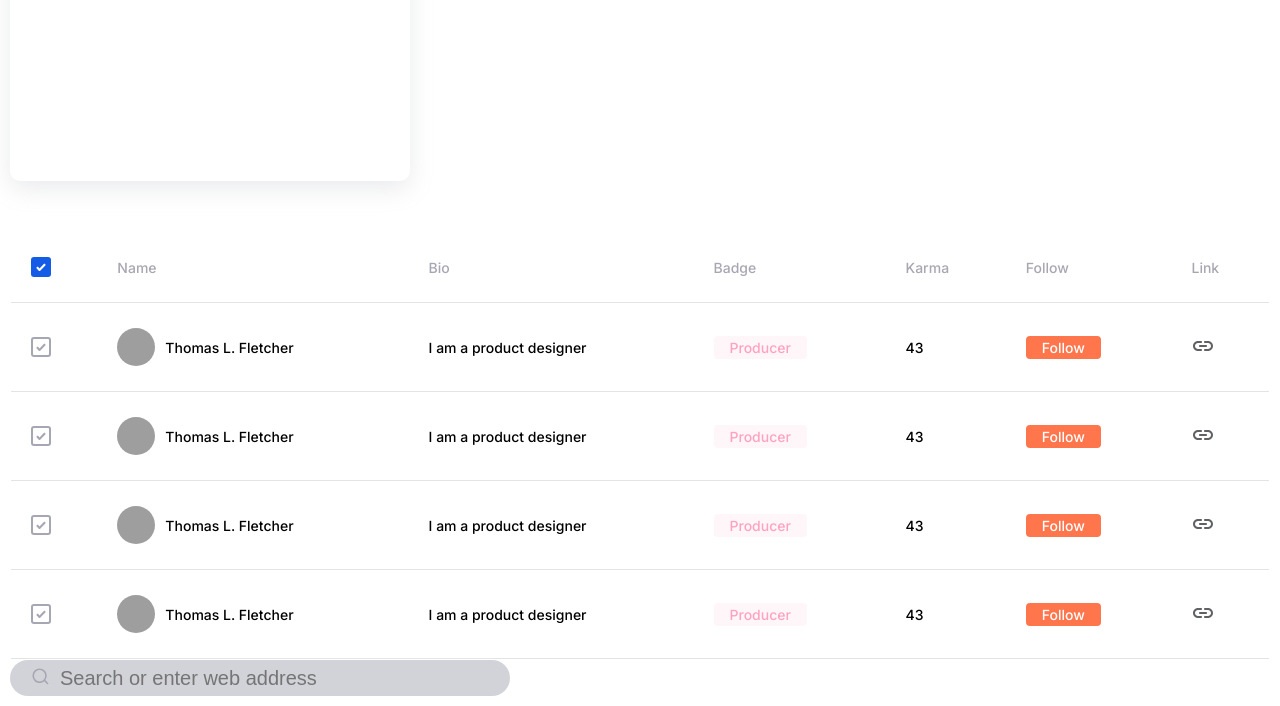
Repository: anhphapap/CSS
Page: test.html
These files come from the project's save history. The page is drawn as it stood at one moment and after a run of saves; the edit follows.
The browser window is 1280 px wide. The pictures show the part of the page from y = 642 to 1348 px (the page is 1348 px tall).
Pictures or frames that could not be fetched are drawn as grey boxes. A picture or video elsewhere on the page could not be fetched, so the positions and the page height are approximate.

Above is the page before, as saved 2023-04-09 21:59:46.

After the next 3 saves:
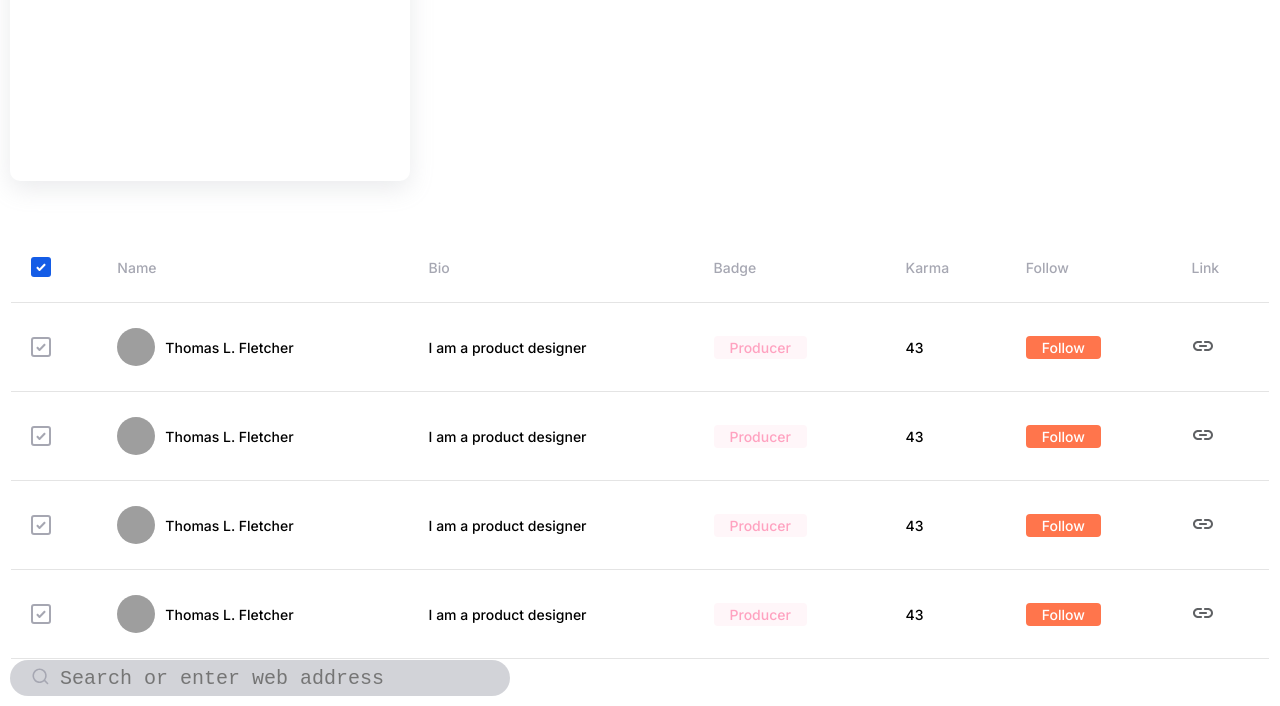
The 3 saves are shown as one change because they came seconds apart.
The last was saved 11 s later.
--- a/CSS/test.css
+++ b/CSS/test.css
@@ -395,7 +395,7 @@ td,th{
     background-color: rgba(166, 167, 178,0.5);
     border-radius: 100rem;
     font-size: 20px;
-    font-family: ;
+    font-family: 'Courier New', Courier, monospace;
 }
 
 .search-icon{
